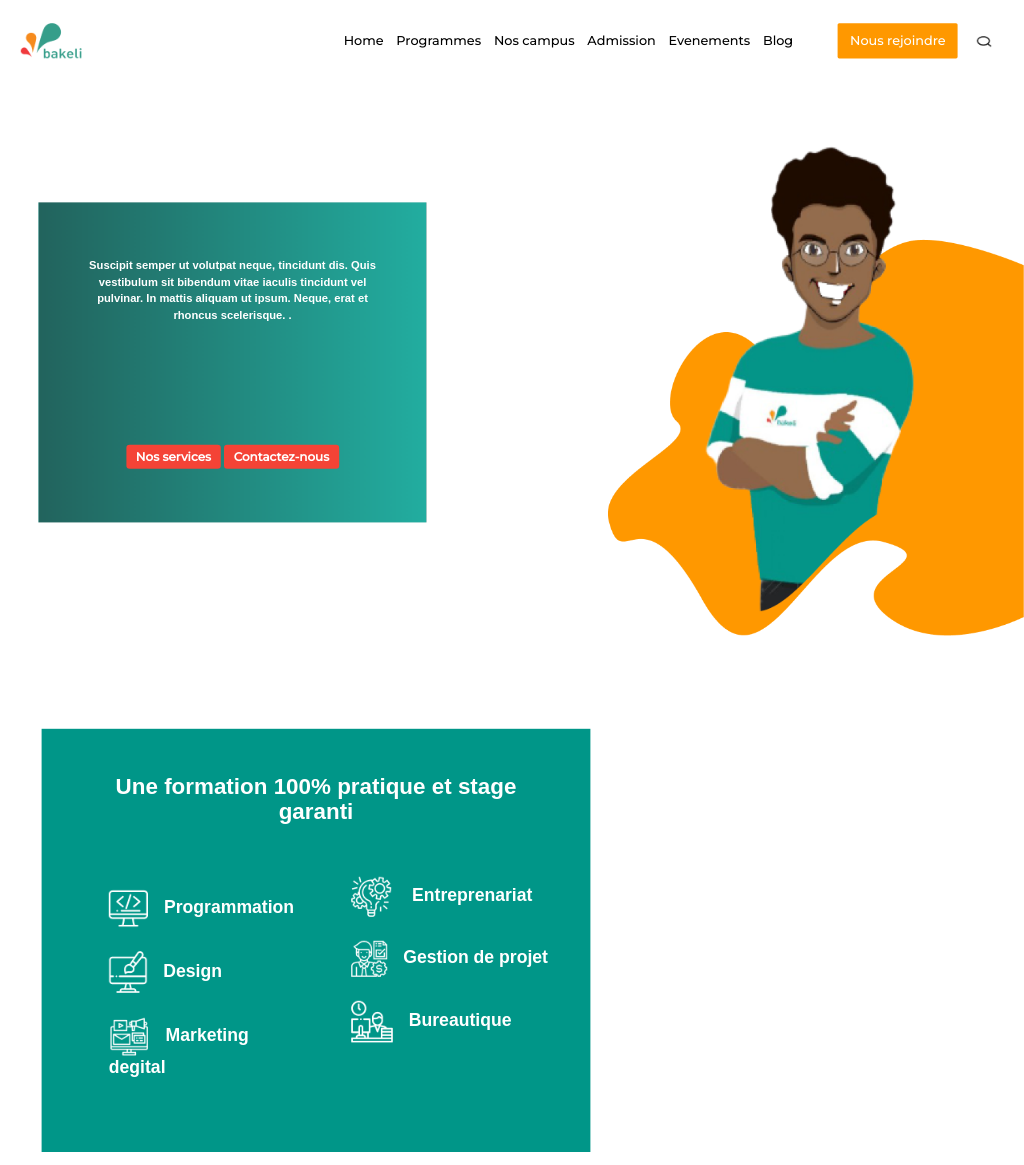
Repository: wadelfadill/tache_6_validation_prototype_bootstrap
Page: index.html
The author's editor kept a copy of each file at every save. The page is drawn from the files as they stood at one save, then again after the next save.
The browser window is 1280 px wide. The pictures show the whole page, at 80% of full size.
Some web libraries are served in a nearby version.

Above is the page before, as saved 2023-04-24 20:29:00.

After the next save:
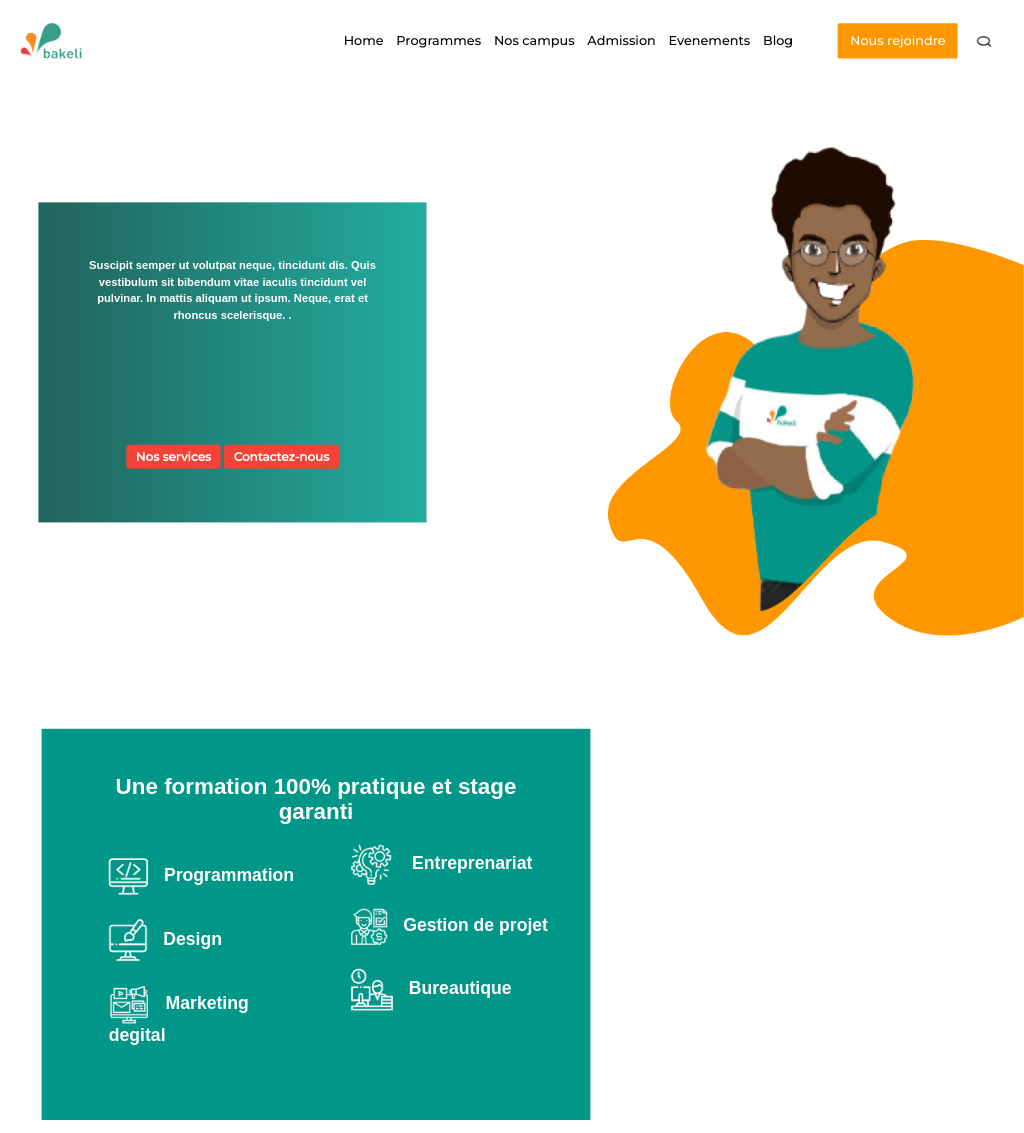
Saved 6 s later.
--- a/style.css
+++ b/style.css
@@ -111,7 +111,7 @@
     letter-spacing: 0em;
     text-align: left;
     color: #FFFFFF;
-    margin-bottom: 50px;
+    margin-bottom: 10px;
 }
 #formations .formation ul{
     margin-top: 15px;
